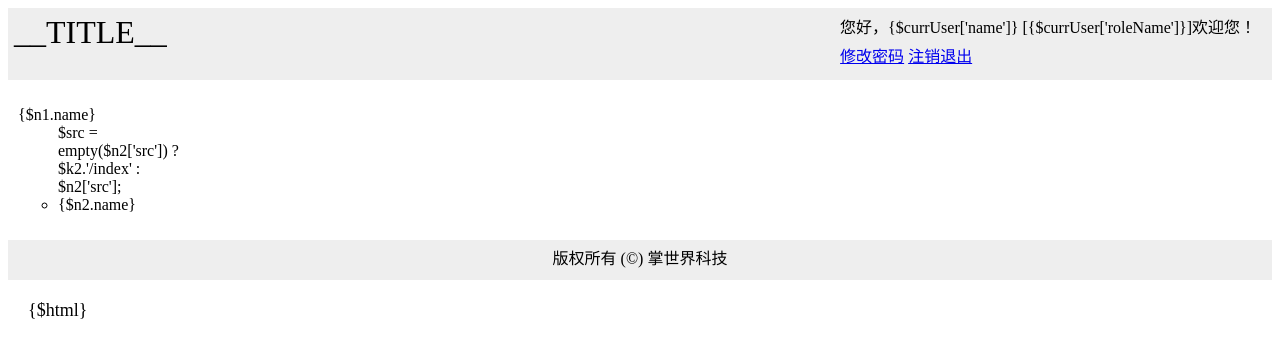
Repository: pridewu/hipi
Page: Education_dev_platform/branches/v1/Application/System/View/v1/Index/index.html
These files come from the project's save history. The page is drawn as it stood at one moment and after the next save; the edit follows.
The browser window is 1280 px wide. The pictures show the whole page.

Above is the page before, as saved 2014-12-03 03:16:48.
Console error: ReferenceError: $ is not defined

After the next save:
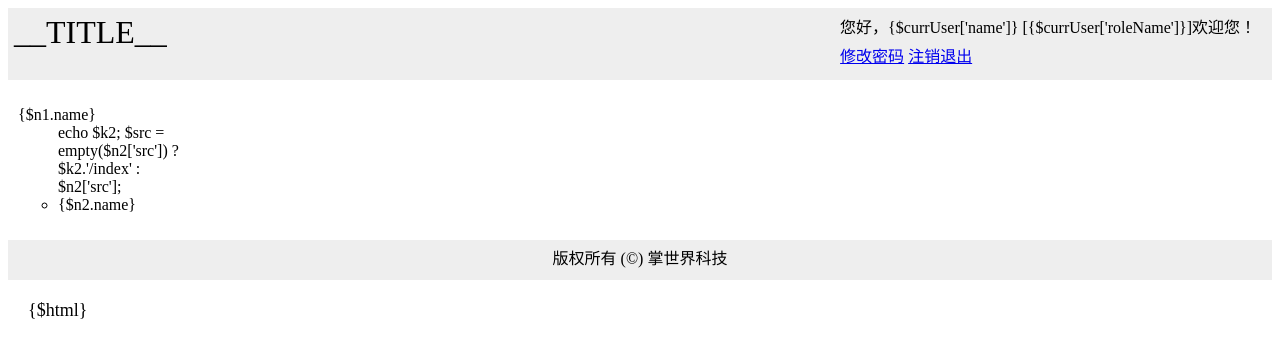
Saved 20 s later.
--- a/Education_dev_platform/branches/v1/Application/System/View/v1/Index/index.html
+++ b/Education_dev_platform/branches/v1/Application/System/View/v1/Index/index.html
@@ -19,6 +19,7 @@
 			<ul>
 			<foreach name="n1.item" item="n2" key="k2"><!-- 子菜单 -->
 				<php>
+						echo $k2;
 						$src = empty($n2['src']) ? $k2.'/index' : $n2['src'];
 				</php>
 				<li id="{:U($src)}">{$n2.name}</li>
